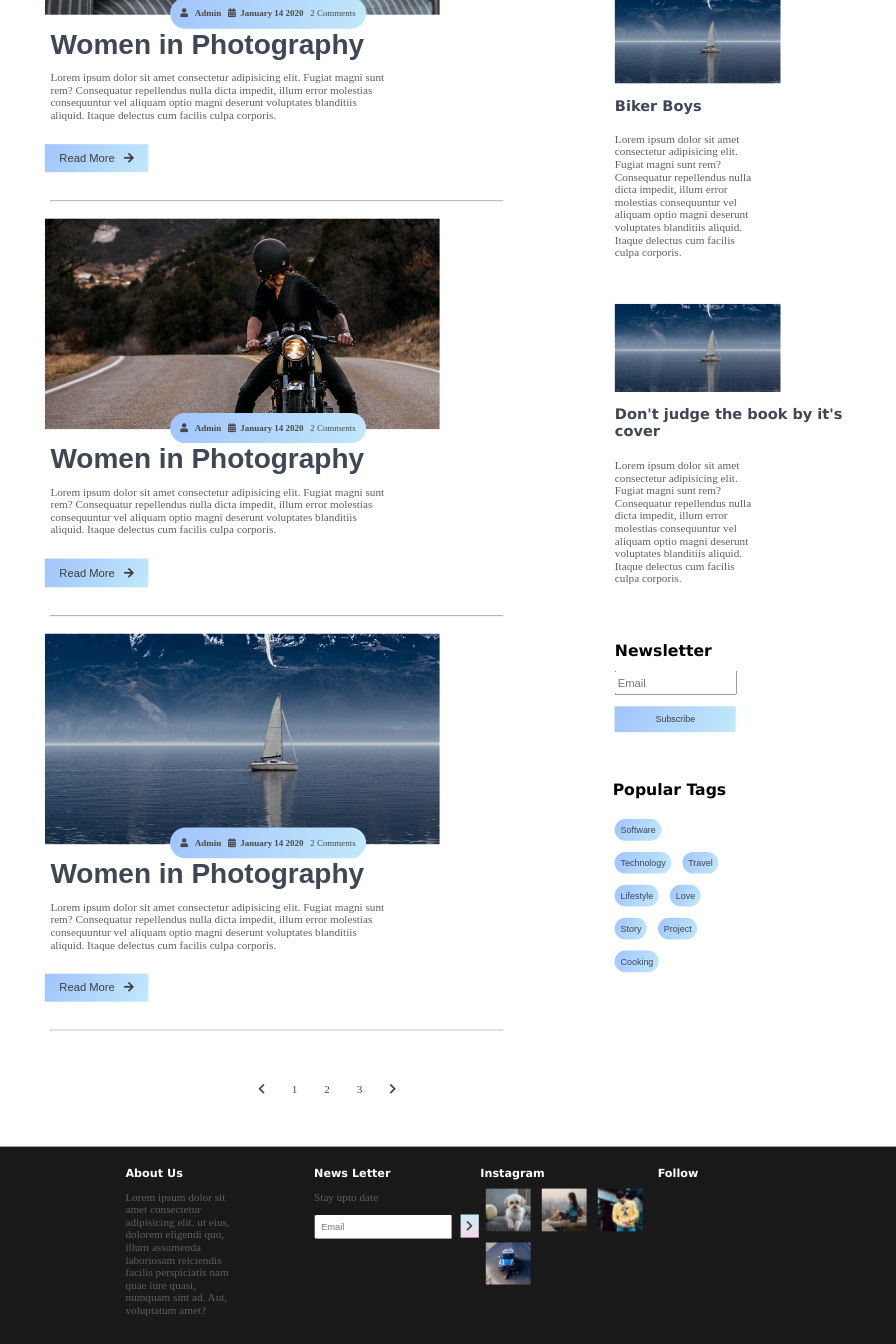
Repository: premjawaharp/Blogsite
Page: index.html
The author's editor kept a copy of each file at every save. The page is drawn from the files as they stood at one save, then again after a run of saves.
The browser window is 1280 px wide. The pictures show the part of the page from y = 2170 to 4090 px (the page is 4090 px tall), at 70% of full size.

Above is the page before, as saved 2020-09-18 16:50:15.

After the next 3 saves:
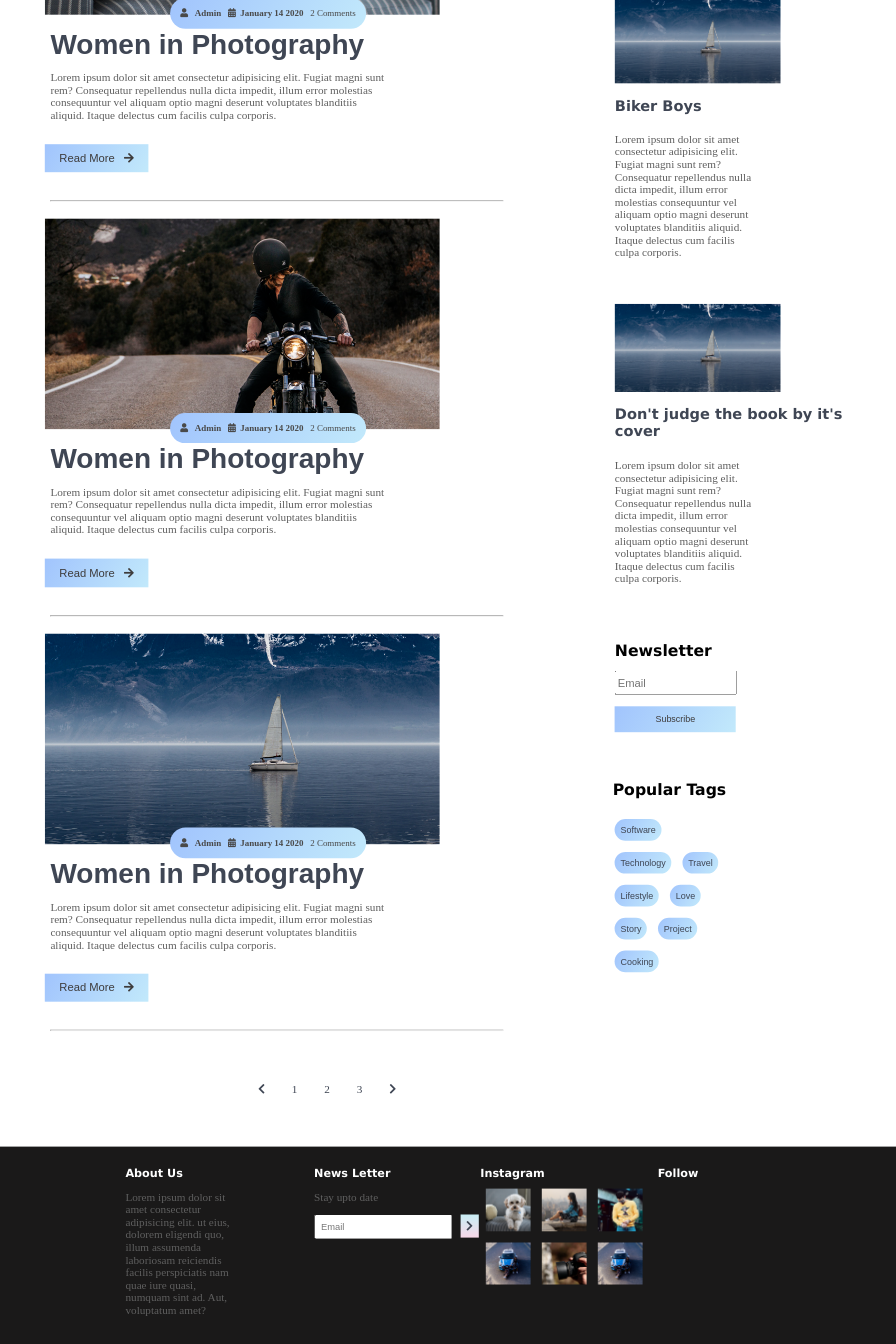
The 3 saves are shown as one change because they came seconds apart.
The last was saved 6 min 18 s later.
--- a/index.html
+++ b/index.html
@@ -326,6 +326,8 @@
                         <img src="./assets/instagram/thumb-card4.png" alt="insta4">
                         <img src="./assets/instagram/thumb-card5.png" alt="insta5">
                         <img src="./assets/instagram/thumb-card6.png" alt="insta6">
+                        <img src="./assets/instagram/thumb-card7.png" alt="insta6">
+                        <img src="./assets/instagram/thumb-card6.png" alt="insta6">
                     </div>
                 </div>
                 <div class="follow">
